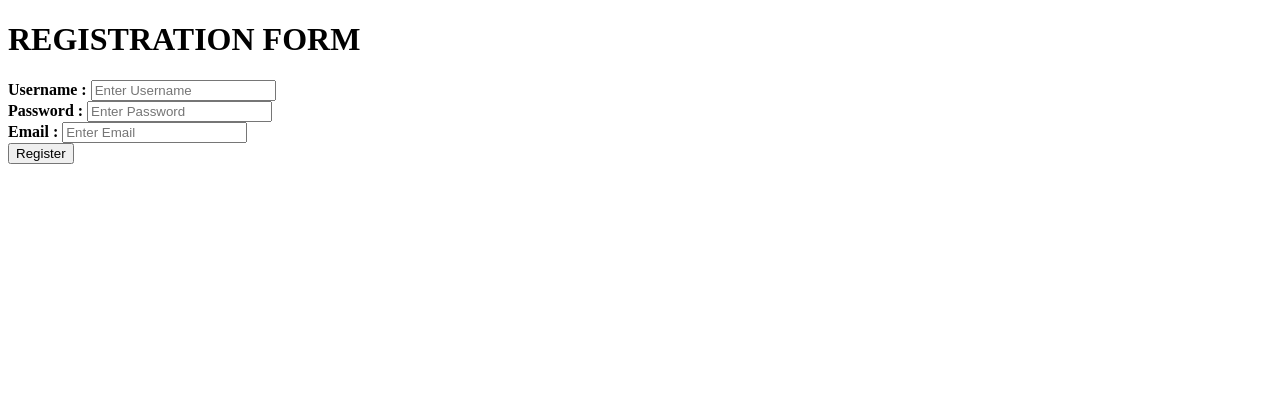
Repository: mugdha97/JSPServlet
Page: http://localhost/loginPage/register.jsp
The author's editor kept a copy of each file at every save. The page is drawn from the files as they stood at one save, then again after the next save.
The browser window is 1280 px wide. The pictures show the whole page.
The page is served by Tomcat 9.

Above is the page before, as saved 2019-10-22 05:42:28.

After the next save:
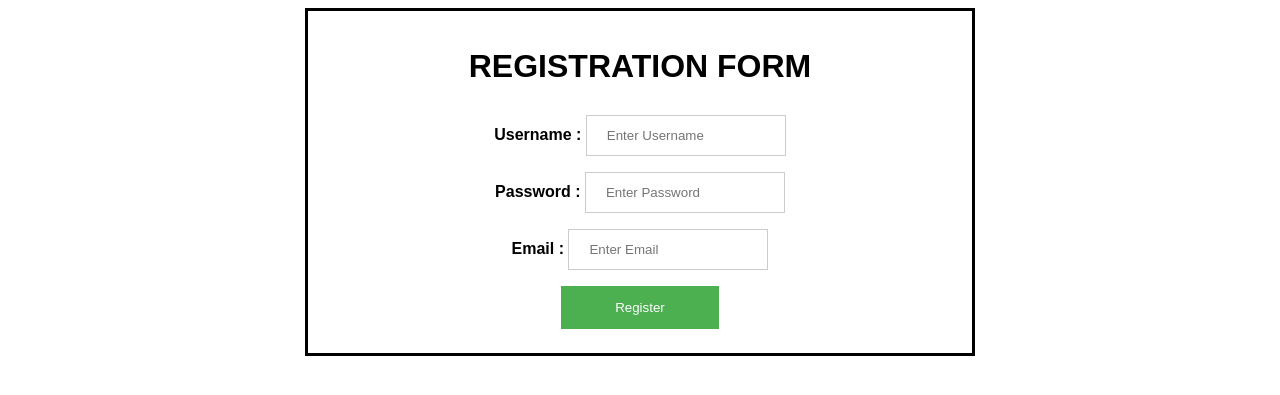
Saved 92 s later.
--- a/loginPage/WebContent/register.jsp
+++ b/loginPage/WebContent/register.jsp
@@ -5,12 +5,13 @@
 <head>
 <meta charset="UTF-8">
 <title>Insert title here</title>
-
+<link rel="stylesheet" href="login.css"> <!-- add css files -->
+</head>
 </head>
 <body>
-
+<center>
 <div class="container">
-<form action="register" method="post">
+<form action="Register" method="post">
 		<div><h1> REGISTRATION FORM</h1></div>
       <label for="uname"><b>Username : </b></label>
       <input type="text" placeholder="Enter Username" name="uname" required><br>
@@ -22,7 +23,10 @@
 	  <input type="text" placeholder="Enter Email" name="mail" pattern="[a-z0-9._%+-]+@[a-z0-9.-]+\.[a-z]{2,4}$" required><br>
 
       <button type="submit"value="Register">Register</button>
-</form>
-</div>
+
+     </form>
+    </div>
+
+    </center>
 </body>
 </html>
